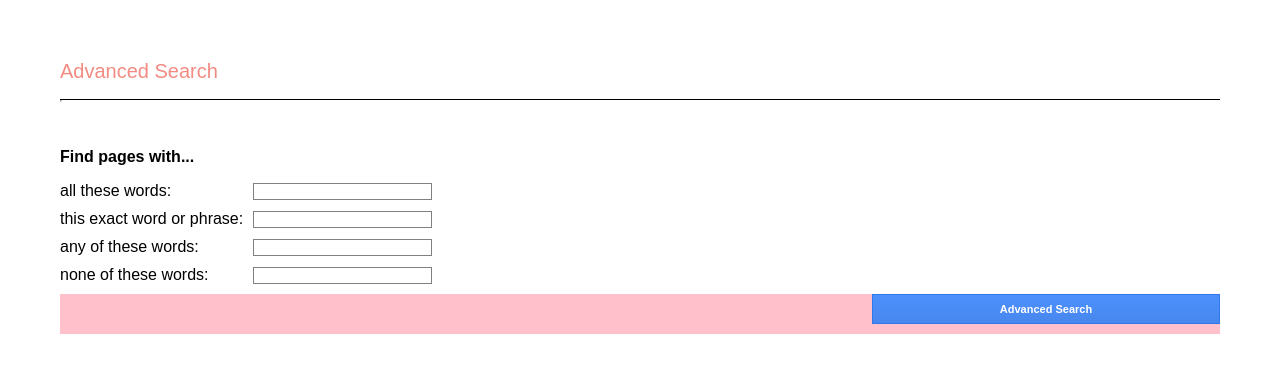
Repository: etentuk/search
Page: advanced_search.html
These files come from the project's save history. The page is drawn as it stood at one moment and after a run of saves; the edit follows.
The browser window is 1280 px wide. The pictures show the whole page.

Above is the page before, as saved 2021-11-05 00:11:00.

### advanced_search.html
<!DOCTYPE html>
<html lang="en">

<head>
    <title>Advanced Search</title>
    <link rel="stylesheet" href="styles.css">
</head>

<body>

    <div id="container">
        <div id="title">
            Advanced Search
        </div>
        <div class="horizontalLine" style="position: absolute;">
            <hr class="solid" style="width: 100%;">
        </div>
        <h4>Find pages with...</h4>
        <form action="https://google.com/search" class="form-example">
            <div style="display: table-row;">
                <div class="form-example">
                    <label for="as_q">all these words: </label>
                    <input type="text" id="as_q" name="as_q">
                </div>
                <div class="form-example">
                    <label for="as_epq">this exact word or phrase: </label>
                    <input type="text" id="as_epq" name="as_epq">
                </div>
                <div class="form-example">
                    <label for="as_oq">any of these words: </label>
                    <input type="text" id="as_oq" name="as_oq">
                </div>
                <div class="form-example">
                    <label for="as_eq">none of these words: </label>
                    <input type="text" id="as_eq" name="as_eq">
                </div>
                <div id="submit">
                    <input type="submit" value="Advanced Search">
                </div>
            </div>

        </form>
    </div>
</body>

</html>

### styles.css
* {
  margin: 0;
  padding: 0;
  box-sizing: border-box;
  font-family: Arial, sans-serif;
}

form.form-example {
  display: table;
}

div.form-example {
  display: table-row;
}

label,
input {
  display: table-cell;
  margin-bottom: 10px;
}

label {
  padding-right: 10px;
}

#title {
  border-bottom: 1px solid black;
  padding-bottom: 1rem;
  color: #f28b82;
  font-size: 20px;
  /* border-width: 10px; */
}

#container {
  font-family: Arial, Helvetica, sans-serif;
  min-height: 100vh;
  padding: 60px;
}

#container .horizontalLine {
  padding: 0;
  margin: 0;
}

#container h4 {
  padding: 3rem 0 1rem 0;
  /* color: #fff; */
}

.form-example {
  width: 100%;
}

.form-example input {
  /* background-color: rgba(0, 0, 0, 0.8);
  width: 100%;
  border-radius: 2px; */
  border: 1px solid grey;
}

#submit {
  text-align: right;
  background-color: pink;
  width: 100%;
}

#submit input {
  border: 1px solid #3079ed;
  box-shadow: none;
  font-size: 11px;
  font-weight: bold;
  color: #fff;
  padding: 8px 12px;
  width: 30%;
  background-color: #4d90fe;
  background-image: -webkit-linear-gradient(top, #4d90fe, #4787ed);
}

After the next 2 saves:
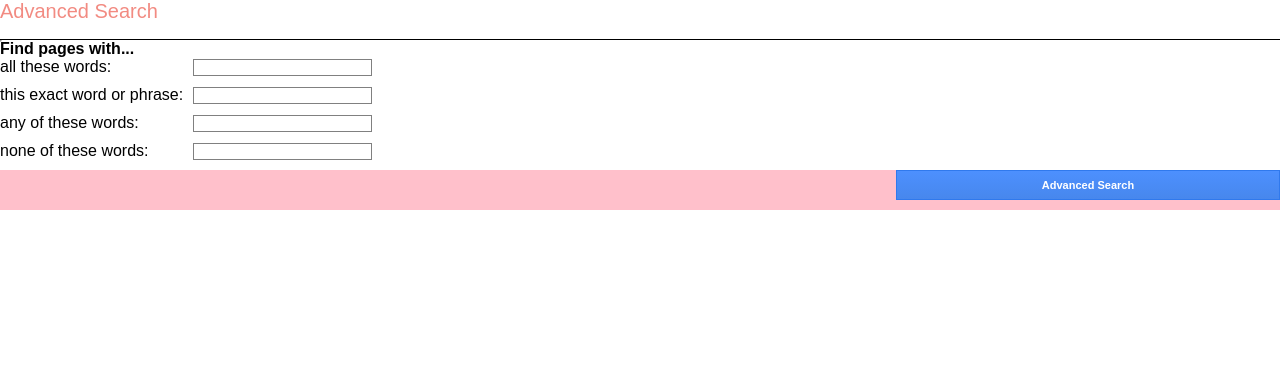
The 2 saves are shown as one change because they came seconds apart.
The last was saved 2 min 32 s later.
--- a/advanced_search.html
+++ b/advanced_search.html
@@ -8,38 +8,36 @@
 
 <body>
 
-    <div id="container">
-        <div id="title">
-            Advanced Search
-        </div>
-        <div class="horizontalLine" style="position: absolute;">
-            <hr class="solid" style="width: 100%;">
-        </div>
-        <h4>Find pages with...</h4>
-        <form action="https://google.com/search" class="form-example">
-            <div style="display: table-row;">
-                <div class="form-example">
-                    <label for="as_q">all these words: </label>
-                    <input type="text" id="as_q" name="as_q">
-                </div>
-                <div class="form-example">
-                    <label for="as_epq">this exact word or phrase: </label>
-                    <input type="text" id="as_epq" name="as_epq">
-                </div>
-                <div class="form-example">
-                    <label for="as_oq">any of these words: </label>
-                    <input type="text" id="as_oq" name="as_oq">
-                </div>
-                <div class="form-example">
-                    <label for="as_eq">none of these words: </label>
-                    <input type="text" id="as_eq" name="as_eq">
-                </div>
-                <div id="submit">
-                    <input type="submit" value="Advanced Search">
-                </div>
+    <div id="title">
+        Advanced Search
+    </div>
+    <div class="horizontalLine" style="position: absolute;">
+        <hr class="solid" style="width: 100%;">
+    </div>
+    <h4>Find pages with...</h4>
+    <form action="https://google.com/search" class="form-example">
+        <div style="display: table-row;">
+            <div class="form-example">
+                <label for="as_q">all these words: </label>
+                <input type="text" id="as_q" name="as_q">
+            </div>
+            <div class="form-example">
+                <label for="as_epq">this exact word or phrase: </label>
+                <input type="text" id="as_epq" name="as_epq">
+            </div>
+            <div class="form-example">
+                <label for="as_oq">any of these words: </label>
+                <input type="text" id="as_oq" name="as_oq">
+            </div>
+            <div class="form-example">
+                <label for="as_eq">none of these words: </label>
+                <input type="text" id="as_eq" name="as_eq">
+            </div>
+            <div id="submit">
+                <input type="submit" value="Advanced Search">
             </div>
 
-        </form>
+    </form>
     </div>
 </body>
 
